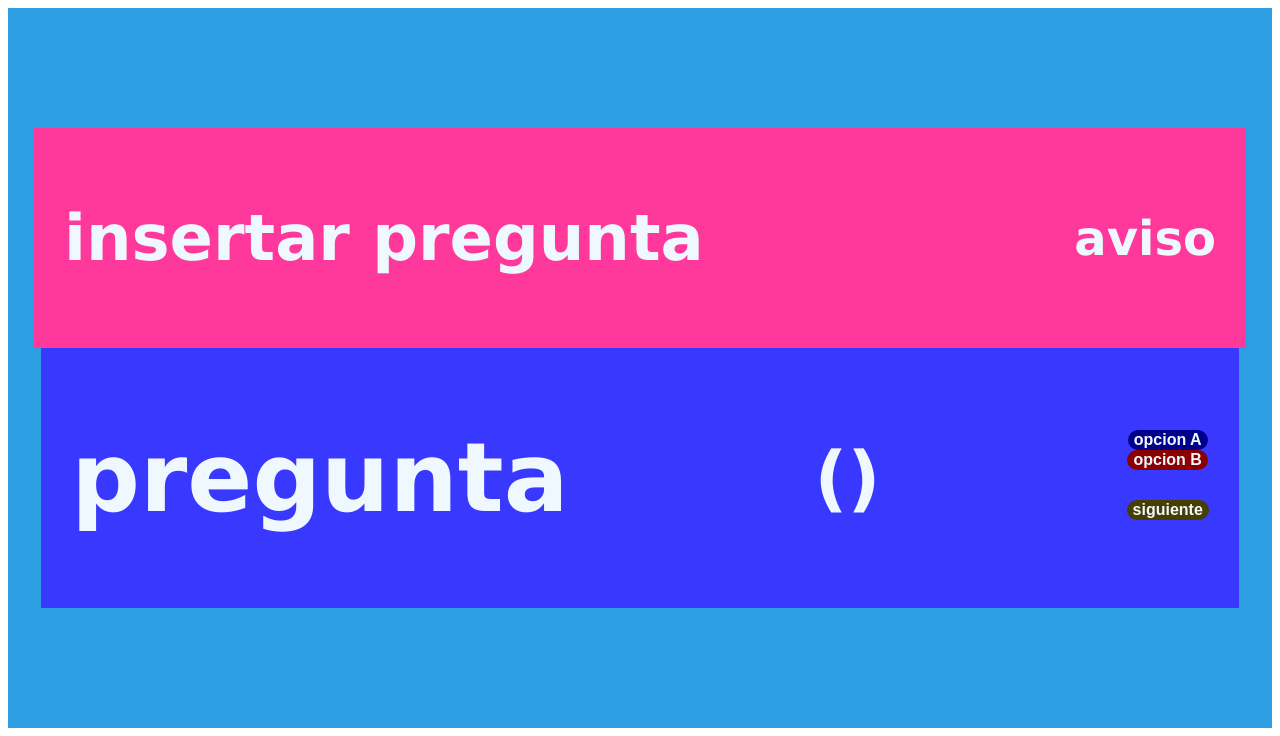
Repository: eschala/Proyecto_Clonaci-n_Kahoot_2023-2
Page: Borrador_Samir_Kahoot_NEW/Prueaba_Validar.html
The author's editor kept a copy of each file at every save. The page is drawn from the files as they stood at one save, then again after a run of saves.
The browser window is 1280 px wide. The pictures show the whole page.

Above is the page before, as saved 2023-11-29 15:45:16.
Console error: SyntaxError: Unexpected end of input

### Borrador_Samir_Kahoot_NEW/Prueaba_Validar.html
<!DOCTYPE html>
<html lang="en">

<head>
    <meta charset="UTF-8">
    <meta name="viewport" content="width=device-width, initial-scale=1.0">
    <title>Document</title>
    <style>

    </style>
    <link rel="stylesheet" href="stylePrueba.css">

</head>

<body>
    <div class="container">

        <div class="sectionContainer">

            <h1 class="tituloClass">
                pregunta
            </h1>
            <h2 class="aviso">
                ()
            </h2>

            <div class="section_Buttons">
                <div class="btn_content"><button type="button" class="btn_1 botones">opcion A</button></div>
                <div class="btn_content"><button type="button" class="btn_2 botones">opcion B</button></div>
                    <button type="button" class="botones" id="nextBOTON">siguiente</button>


        </div>
            </div>
            <div class="sectionContainer_2">

                <h1 class="Pregunta_S">insertar pregunta</h1>
                <h1 class="aviso_S">aviso</h1>
            </div>

    </div>

    <script src="respuesta_VALIDAR.js"></script>
</body>

</html>

### Borrador_Samir_Kahoot_NEW/stylePrueba.css
.container {
    font-family: Verdana, Geneva, Tahoma, sans-serif;

    width: 100%;
    height: 100vh;
    background-color: rgb(43, 159, 226);

    display: flex;
    flex-direction: column;

    align-items: center;
    justify-content: center;

}

.sectionContainer {

    height: 200px;
    padding: 40px;
    width: 90%;

    background-color: rgb(56, 56, 255);

    display: flex;
    justify-content: space-between;
    align-items: center;
    color: aliceblue;

    font-size: 3rem;
    padding: 30px;

    order: 1;
}
.sectionContainer_2 {


    width: 90vw;

    background-color: rgb(255, 56, 156);

    display: flex;
    justify-content: space-between;
    align-items: center;
    color: aliceblue;

    font-size: 2rem;
    padding: 30px;

    order: 0;
}

.sub_Container_2 {

    height: 200px;
    width: 800px;

    background-color: red;

    display: flex;

}

.btn_content {
    max-width: 20vw;
    display: flex;

    align-items: center;
    justify-content: center;

    cursor: pointer;
}
.botones{
    background-color:rgb(70, 63, 0);
    font-weight: 700;


    color:aliceblue;
    font-size: 1rem;
    cursor: pointer;

    border-radius: 20px;
    border: 0px;
}

.btn_1 {


    background-color:darkblue;
}

.btn_2 {


    background-color:darkred;
}

.botones:hover{

    opacity: 50%;
    cursor: pointer;
}



.aviso_S{
    font-family: Verdana, Geneva, Tahoma, sans-serif;
    font-size: 3rem;
}
.Pregunta_S{
    font-size: 4rem;
}

### Borrador_Samir_Kahoot_NEW/respuesta_VALIDAR.js
const container_E=document.querySelector(".container");
const sectionContainer_E=document.querySelector(".sectionContainer");
const sub_Container_2_E=document.querySelector(".sub_Container_2");
const btn_1_E=document.querySelector(".btn_1");
const btn_2_E=document.querySelector(".btn_2");
const h2_E=document.querySelector(".aviso");
const tituloClass_E=document.querySelector(".tituloClass");

/* const container_element=".container";
const sectionContainer_element=".sectionContainer";
const sub_Container_2_element=".sub_Container_2";
const btn_1_element=".btn_1";
const btn_2_element=".btn_2";
const h2_element=".aviso";
const tituloClass_element=".tituloClass";

container_element=document.querySelector(container_element);
sectionContainer_element=document.querySelector(sectionContainer_element);
sub_Container_2_element=document.querySelector(sub_Container_2_element);
btn_1_element=document.querySelector(btn_1_element);
btn_2_element=document.querySelector(btn_2_element);
h2_element=document.querySelector(h2_element);
tituloClass_element=document.querySelector(tituloClass_element);
 */
   var contar_S=0;
   var contar_R=0;
   var vacio=0;
var segundos =3;

var contar_2=0;
const intervalo=1000;

const pregunta_E=document.querySelector(".Pregunta_S");
const aviso_E=document.querySelector(".aviso_S");

h2_E.style.display="block";
h2_E.style.fontSize="2rem";

var funcionPrueba=()=>{



    segundos--;


    tituloClass_E.innerHTML=segundos+ "s";


    if(segundos==contar_R){

    contar_S++;
    vacio=contar_S-1;

        clearInterval(timeRunning);
        segundos=3;
        activateTimeOUT();
        contar_2++;
        h2_E.innerHTML="tiempo FUERA 5s";aviso_E.innerHTML="Ronda "+contar_S;

        if(contar_S==3){

            contar_S=0;
        }
    }
    else{
        h2_E.innerHTML="";

    }



    pregunta_E.innerHTML=preguntas_String[vacio]

    btn_1_E.innerHTML=respuesta_Correcta_String[vacio]
    btn_2_E.innerHTML=respuesta_String[vacio]


}





/* const timeOuter = function (){

}  */

const activateTime=()=>{
timeRunning = setInterval(funcionPrueba,intervalo);
}
const activateTimeOUT=()=>{
tiempoFuera = setTimeout(intervalo*segundos);
}
activateTime();


const clickSiguiente =()=>{

    activateTime();
}

const nextBOTON_E=document.querySelector("#nextBOTON");


nextBOTON_E.addEventListener("click",clickSiguiente);

const preguntas_String = [
    "¿Cuál es el meme conocido como 'Distracted Boyfriend'?",
    "¿Qué animal es el protagonista del meme 'Surprised Pikachu'?",
    "¿Quién es el protagonista del meme 'Hide the Pain Harold'?"
  ];

  const respuesta_String = [
    [ "B) Un hombre mirando su teléfono mientras su novia lo abraza."],
    ["A) Un gato."],
    [ "B) Un actor famoso."]
  ];

  const respuesta_Correcta_String = [
    "A) Un hombre mirando a una chica mientras su novia lo observa molesta.",
    "B) Un Pokémon.",
    "A) Un modelo de stock photography."];



    function validar

After the next 5 saves:
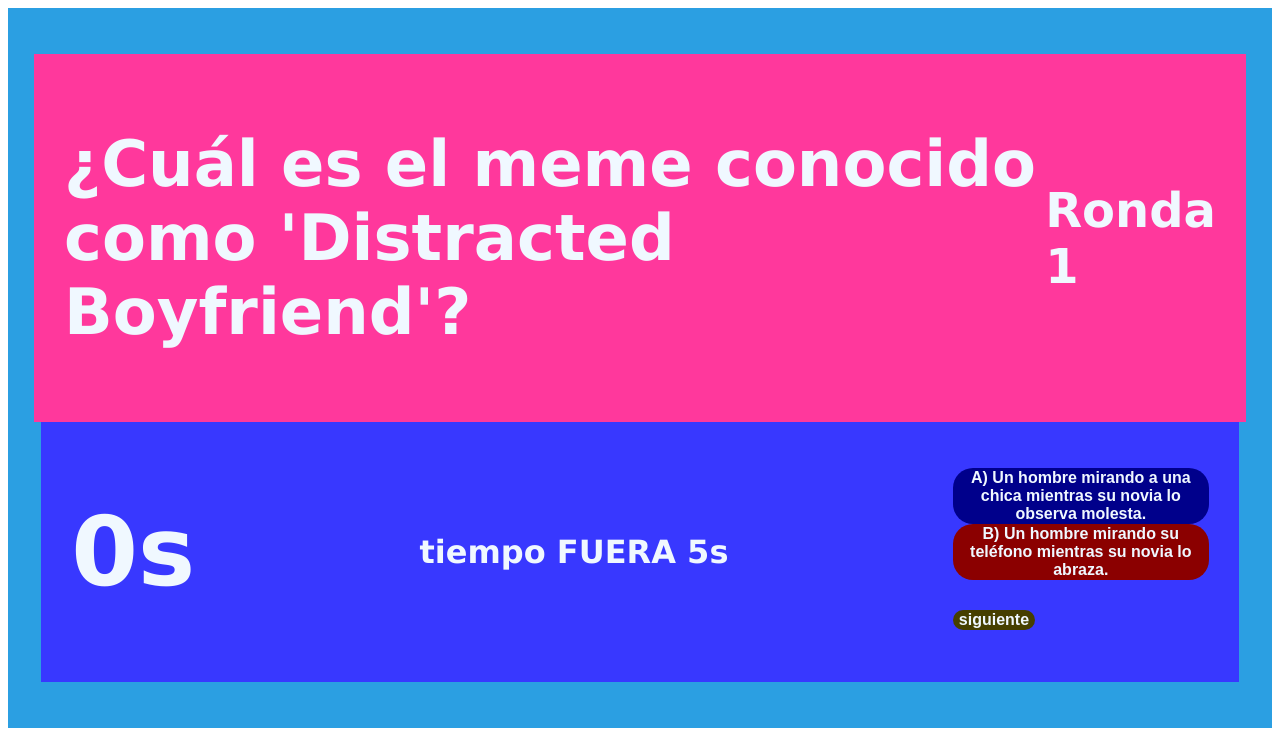
The error is gone.
The 5 saves are shown as one change because they came seconds apart.
The last was saved 17 s later.
--- a/Borrador_Samir_Kahoot_NEW/respuesta_VALIDAR.js
+++ b/Borrador_Samir_Kahoot_NEW/respuesta_VALIDAR.js
@@ -123,4 +123,6 @@ const preguntas_String = [
 
 
 
-    function validar
+    function clikRespuesta(){
+
+    }
